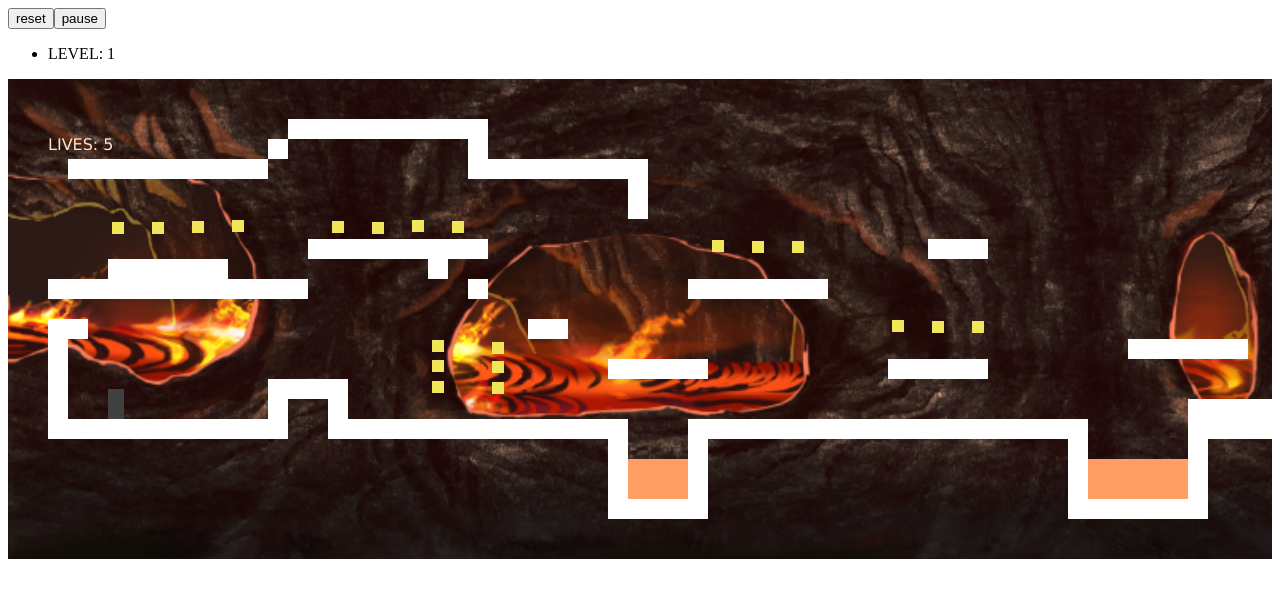
Repository: luccas-teddy/examenlucas
Page: index.html
The author's editor kept a copy of each file at every save. The page is drawn from the files as they stood at one save, then again after the next save.
The browser window is 1280 px wide. The pictures show the whole page.

Above is the page before, as saved 2021-02-18 03:00:58.

### index.html
<!doctype html>
<table>
<tr>
  <button id="reset" class="gamebutton" onclick="this.blur();">reset</button>
  <button id="pause" class="gamebutton" onclick="this.blur();">pause</button>
</tr>


<ul>
  <li id="lives" class="statss">LIVES: 5</li>
  <li id="level" class="stats">LEVEL: 1</li>
</ul>
</table>


<script src="code/chapter/16_game.js"></script>
<script src="code/levels.js"></script>

<link rel="stylesheet" href="css/game.css">

<body>
  <script>
    runGame(GAME_LEVELS, DOMDisplay);
  </script>
</body>

### code/chapter/16_game.js
var simpleLevelPlan = `
......................
..#................#..
..#..............=.#..
..#.........o.o....#..
..#.@......#####...#..
..#####............#..
......#++++++++++++#..
......##############..
......................`;

var Level = class Level {
  constructor(plan) {
    let rows = plan.trim().split("\n").map(l => [...l]);
    this.height = rows.length;
    this.width = rows[0].length;
    this.startActors = [];

    this.rows = rows.map((row, y) => {
      return row.map((ch, x) => {
        let type = levelChars[ch];
        if (typeof type == "string") return type;
        this.startActors.push(
          type.create(new Vec(x, y), ch));
        return "empty";
      });
    });
  }
}

var State = class State {
  constructor(level, actors, status) {
    this.level = level;
    this.actors = actors;
    this.status = status;
  }

  static start(level) {
    return new State(level, level.startActors, "playing");
  }

  get player() {
    return this.actors.find(a => a.type == "player");
  }
}

var Vec = class Vec {
  constructor(x, y) {
    this.x = x; this.y = y;
  }
  plus(other) {
    return new Vec(this.x + other.x, this.y + other.y);
  }
  times(factor) {
    return new Vec(this.x * factor, this.y * factor);
  }
}

var Player = class Player {
  constructor(pos, speed) {
    this.pos = pos;
    this.speed = speed;
  }

  get type() { return "player"; }

  static create(pos) {
    return new Player(pos.plus(new Vec(0, -0.5)),
                      new Vec(0, 0));
  }
}

Player.prototype.size = new Vec(0.8, 1.5);

var Lava = class Lava {
  constructor(pos, speed, reset) {
    this.pos = pos;
    this.speed = speed;
    this.reset = reset;
  }

  get type() { return "lava"; }

  static create(pos, ch) {
    if (ch == "=") {
      return new Lava(pos, new Vec(2, 0));
    } else if (ch == "|") {
      return new Lava(pos, new Vec(0, 2));
    } else if (ch == "v") {
      return new Lava(pos, new Vec(0, 3), pos);
    }
  }
}

Lava.prototype.size = new Vec(1, 1);

var Coin = class Coin {
  constructor(pos, basePos, wobble) {
    this.pos = pos;
    this.basePos = basePos;
    this.wobble = wobble;
  }

  get type() { return "coin"; }

  static create(pos) {
    let basePos = pos.plus(new Vec(0.2, 0.1));
    return new Coin(basePos, basePos,
                    Math.random() * Math.PI * 2);
  }
}

Coin.prototype.size = new Vec(0.6, 0.6);

var levelChars = {
  ".": "empty", "#": "wall", "+": "lava",
  "@": Player, "o": Coin,
  "=": Lava, "|": Lava, "v": Lava
};

var simpleLevel = new Level(simpleLevelPlan);

function elt(name, attrs, ...children) {
  let dom = document.createElement(name);
  for (let attr of Object.keys(attrs)) {
    dom.setAttribute(attr, attrs[attr]);
  }
  for (let child of children) {
    dom.appendChild(child);
  }
  return dom;
}

var DOMDisplay = class DOMDisplay {
  constructor(parent, level) {
    this.dom = elt("div", {class: "game"}, drawGrid(level));
    this.actorLayer = null;
    parent.appendChild(this.dom);
  }

  clear() { this.dom.remove(); }
}

var scale = 20;

function drawGrid(level) {
  return elt("table", {
    class: "background",
    style: `width: ${level.width * scale}px`
  }, ...level.rows.map(row =>
    elt("tr", {style: `height: ${scale}px`},
        ...row.map(type => elt("td", {class: type})))
  ));
}

function drawActors(actors) {
  return elt("div", {}, ...actors.map(actor => {
    let rect = elt("div", {class: `actor ${actor.type}`});
    rect.style.width = `${actor.size.x * scale}px`;
    rect.style.height = `${actor.size.y * scale}px`;
    rect.style.left = `${actor.pos.x * scale}px`;
    rect.style.top = `${actor.pos.y * scale}px`;
    return rect;
  }));
}

DOMDisplay.prototype.syncState = function(state) {
  if (this.actorLayer) this.actorLayer.remove();
  this.actorLayer = drawActors(state.actors);
  this.dom.appendChild(this.actorLayer);
  this.dom.className = `game ${state.status}`;
  this.scrollPlayerIntoView(state);
};

DOMDisplay.prototype.scrollPlayerIntoView = function(state) {
  let width = this.dom.clientWidth;
  let height = this.dom.clientHeight;
  let margin = width / 3;

  // The viewport
  let left = this.dom.scrollLeft, right = left + width;
  let top = this.dom.scrollTop, bottom = top + height;

  let player = state.player;
  let center = player.pos.plus(player.size.times(0.5))
                         .times(scale);

  if (center.x < left + margin) {
    this.dom.scrollLeft = center.x - margin;
  } else if (center.x > right - margin) {
    this.dom.scrollLeft = center.x + margin - width;
  }
  if (center.y < top + margin) {
    this.dom.scrollTop = center.y - margin;
  } else if (center.y > bottom - margin) {
    this.dom.scrollTop = center.y + margin - height;
  }
};

Level.prototype.touches = function(pos, size, type) {
  var xStart = Math.floor(pos.x);
  var xEnd = Math.ceil(pos.x + size.x);
  var yStart = Math.floor(pos.y);
  var yEnd = Math.ceil(pos.y + size.y);

  for (var y = yStart; y < yEnd; y++) {
    for (var x = xStart; x < xEnd; x++) {
      let isOutside = x < 0 || x >= this.width ||
                      y < 0 || y >= this.height;
      let here = isOutside ? "wall" : this.rows[y][x];
      if (here == type) return true;
    }
  }
  return false;
};

State.prototype.update = function(time, keys) {
  let actors = this.actors
    .map(actor => actor.update(time, this, keys));
  let newState = new State(this.level, actors, this.status);

  if (newState.status != "playing") return newState;

  let player = newState.player;
  if (this.level.touches(player.pos, player.size, "lava")) {
    return new State(this.level, actors, "lost");
  }

  for (let actor of actors) {
    if (actor != player && overlap(actor, player)) {
      newState = actor.collide(newState);
    }
  }
  return newState;
};

function overlap(actor1, actor2) {
  return actor1.pos.x + actor1.size.x > actor2.pos.x &&
         actor1.pos.x < actor2.pos.x + actor2.size.x &&
         actor1.pos.y + actor1.size.y > actor2.pos.y &&
         actor1.pos.y < actor2.pos.y + actor2.size.y;
}

Lava.prototype.collide = function(state) {
  return new State(state.level, state.actors, "lost");
};

Coin.prototype.collide = function(state) {
  let filtered = state.actors.filter(a => a != this);
  let status = state.status;
  if (!filtered.some(a => a.type == "coin")) status = "won";
  return new State(state.level, filtered, status);
};

Lava.prototype.update = function(time, state) {
  let newPos = this.pos.plus(this.speed.times(time));
  if (!state.level.touches(newPos, this.size, "wall")) {
    return new Lava(newPos, this.speed, this.reset);
  } else if (this.reset) {
    return new Lava(this.reset, this.speed, this.reset);
  } else {
    return new Lava(this.pos, this.speed.times(-1));
  }
};

var wobbleSpeed = 8, wobbleDist = 0.07;

Coin.prototype.update = function(time) {
  let wobble = this.wobble + time * wobbleSpeed;
  let wobblePos = Math.sin(wobble) * wobbleDist;
  return new Coin(this.basePos.plus(new Vec(0, wobblePos)),
                  this.basePos, wobble);
};

var playerXSpeed = 7;
var gravity = 30;
var jumpSpeed = 17;

Player.prototype.update = function(time, state, keys) {
  let xSpeed = 0;
  if (keys.ArrowLeft) xSpeed -= playerXSpeed;
  if (keys.ArrowRight) xSpeed += playerXSpeed;
  let pos = this.pos;
  let movedX = pos.plus(new Vec(xSpeed * time, 0));
  if (!state.level.touches(movedX, this.size, "wall")) {
    pos = movedX;
  }

  let ySpeed = this.speed.y + time * gravity;
  let movedY = pos.plus(new Vec(0, ySpeed * time));
  if (!state.level.touches(movedY, this.size, "wall")) {
    pos = movedY;
  } else if (keys.ArrowUp && ySpeed > 0) {
    ySpeed = -jumpSpeed;
  } else {
    ySpeed = 0;
  }
  return new Player(pos, new Vec(xSpeed, ySpeed));
};

function trackKeys(keys) {
  let down = Object.create(null);
  function track(event) {
    if (keys.includes(event.key)) {
      down[event.key] = event.type == "keydown";
      event.preventDefault();
    }
  }
  window.addEventListener("keydown", track);
  window.addEventListener("keyup", track);
  return down;
}

var arrowKeys =
  trackKeys(["ArrowLeft", "ArrowRight", "ArrowUp"]);

function runAnimation(frameFunc) {
  let lastTime = null;
  function frame(time) {
    if (lastTime != null) {
      let timeStep = Math.min(time - lastTime, 100) / 1000;
      if (frameFunc(timeStep) === false) return;
    }
    lastTime = time;
    requestAnimationFrame(frame);
  }
  requestAnimationFrame(frame);
}

function runLevel(level, Display) {
  let display = new Display(document.body, level);
  let state = State.start(level);
  let ending = 1;
  return new Promise(resolve => {
    runAnimation(time => {
      state = state.update(time, arrowKeys);
      display.syncState(state);
      if (state.status == "playing") {
        return true;
      } else if (ending > 0) {
        ending -= time;
        return true;
      } else {
        display.clear();
        resolve(state.status);
        return false;
      }
    });
  });
}

async function runGame(plans, Display) {
  for (let level = 0; level < plans.length;) {
    let status = await runLevel(new Level(plans[level]),
                                Display);
    if (status == "won") level++;
  }
  console.log("You've won!");
}

### css/game.css
.background    { background-image:url(9d.png);
}

 .background     {background :rgb (55, 167, 250)
                  background-image:url(taza.jpg);
                  background-repeat :no-repeat;
                  background-size: cover ;
                   table-layout: fixed;
                   border-spacing:  0;   }

.background td   { padding: 0;   }
.lava            { background: rgb(255, 157, 100); }
.wall            { background: rgb(255, 255, 255);   }

.actor  { position: absolute;  }

.coin   { background: rgb(241, 229, 89); }
.player { background: rgb(64, 64, 64); }

.game {
  overflow: hidden;
  max-width: 1500px;
  max-height: 820px;
  position: relative;
}

.lost .player {
  background: rgb(64, 106, 160);
}
.won .player {
  box-shadow: -4px -7px 8px white, 4px -7px 8px white;
}
stats{
     list-style-type: none;
  font-family: "jack Sans", "Lucida Sans Regular", "jack Grande",
    "jak Sans Unicode", Geneva, Verdana, sans-serif;
  text-transform: uppercase;
  color: rgb(199, 300, 255);
  z-index: 10;
  position: absolute;
  text-align: left;
  margin-top: 50px;
}
.statss{
   list-style-type: none;
  font-family: "Lucida Sans", "Lucida Sans Regular", "Lucida Grande",
    "jack Sans Unicode", Geneva, Verdana, sans-serif;
  text-transform: uppercase;
  color: bisque;
  z-index: 11;
  position: absolute;
  text-align: left;
  margin-top: 90px;
}

Loaded but not shown: code/levels.js (221 lines, source omitted)

After the next save:
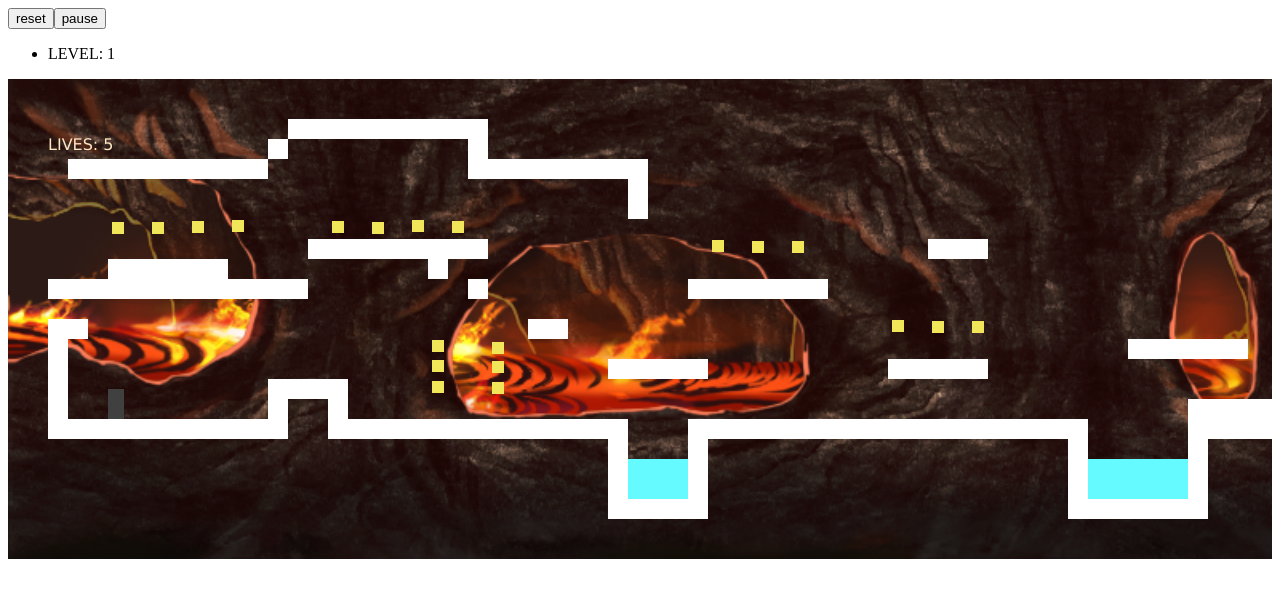
Saved 39 s later.
--- a/css/game.css
+++ b/css/game.css
@@ -9,7 +9,7 @@
                    border-spacing:  0;   }
 
 .background td   { padding: 0;   }
-.lava            { background: rgb(255, 157, 100); }
+.lava            { background: rgb(100, 250, 255); }
 .wall            { background: rgb(255, 255, 255);   }
 
 .actor  { position: absolute;  }
